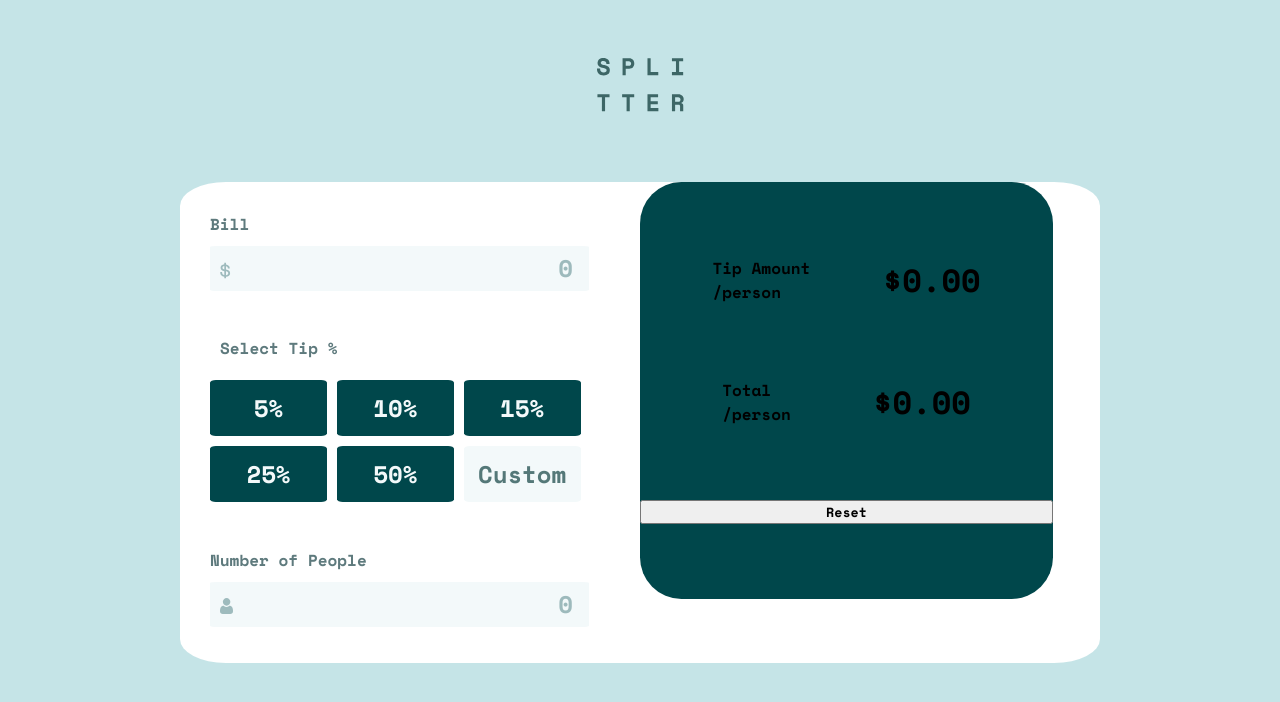
Repository: Arkitecth/tip-calculator
Page: index.html
These files come from the project's save history. The page is drawn as it stood at one moment and after the next save; the edit follows.
The browser window is 1280 px wide. The pictures show the whole page.

Above is the page before, as saved 2023-06-09 19:02:52.

### index.html
<!DOCTYPE html>
<html lang="en">
<head>
  <meta charset="UTF-8">
  <meta name="viewport" content="width=device-width, initial-scale=1.0"> <!-- displays site properly based on user's device -->

  <link rel="icon" type="image/png" sizes="32x32" href="./images/favicon-32x32.png">
  <link rel="stylesheet" href="styles.css">
  <title>Tip calculator app</title>

</head>
<body>

  <main>
    <img src="images/logo.svg" alt="logo">
      <div class="app">
        <div class="entry">
          <div class="bill-entry">
            <p>Bill</p>
            <img src="images/icon-dollar.svg" alt="dollar sign"><input class="entry-input" type="text" name="Bill" id="Bill" placeholder="0">
          </div>

          <div class="tip-entry">
            <p>Select Tip %</p>
            <input type="button" value="5%">
            <input type="button" value="10%">
            <input type="button" value="15%">
            <input type="button" value="25%">
            <input type="button" value="50%">
            <input class="custom" type="button" value="Custom">
          </div>

          <div class="people-entry">
            <p>Number of People</p>
            <img src="images/icon-person.svg" alt="person sign"><input class="entry-input" type="text" name="people-entry" id="people-entry" placeholder="0">
          </div>

        </div>

        <div class="result">
          <div class="tip">
            <p>Tip Amount
              <br>
              /person
            </p>
            <h1>$0.00</h1>

          </div>

          <div class="total">
            <p>Total
              <br>
              /person
            </p>
            <h1>$0.00</h1>
          </div>
          <button class="reset-button">Reset</button>
        </div>


  </div>
  </main>





</body>
</html>

### styles.css
@import url('https://fonts.googleapis.com/css2?family=Space+Mono:wght@700&display=swap');
* {
    margin: 0;
    padding: 0;
    font-family: 'Space Mono', monospace;
}

/* Main Styling */
body {
    background-color: #C5E4E7;

}

main {
    display: flex;
    flex-direction: column;
    justify-content: center;
    align-items: center;
    align-content: center;
    height: 100vh;
    gap: 70px;
}

/* App Styling */

.app {
    width: 920px;
    height: 481px;
    background-color: white;
    border-radius: 5%;
    display: grid;
    grid-template-columns: 1fr 1fr;
    ga: 20px;
}

/* Entry Styling */

.entry {
    display: grid;
    padding-top: 30px;
    grid-template-rows: auto auto auto;
    padding-left: 30px;
    justify-content: center;
    color: #5E7A7D;
}

.entry p {
    margin-bottom: 10px;
}

.entry-input {
    background-color:#f3F9FA;
    width: 379px;
    height: 45px;
    border: none;
    border-radius: 2%;
    text-align: right;
    font-size: 1.5rem;
    color: #00474B;

}

.entry-input:focus {
    outline: none;
    border: 1px solid #26C2AE;

}

.entry-input::placeholder {
    text-align: right;
    font-size: 1.5rem;
    color:#00474B;
    opacity: 0.35;
    padding: 1rem;

}

/* Bill Styling */

.bill-entry {
    position: relative;
}

.bill-entry img {
    position: absolute;
    top: 50px;
    left: 10px;
}

/* Tip Entry */
.tip-entry p {
    padding: 10px;
}
.tip-entry input[type="button"] {
    width: 117px;
    padding: 10px;
    margin-bottom: 10px;
    background-color:#00474B;
    color: #f3F9FA;
    font-size: 1.5rem;
    border: none;
    border-radius: 5%;
    font-weight: 700;
}

.tip-entry input[type="button"]:active,.tip-entry input[type="button"]:hover {
    background-color: #26C2AE;
}
.tip-entry input[type="button"]:active {
    transform: translateY(4px);
}

.tip-entry input.custom {
    background-color: #F3F9FA;
    color:#547878;
}

/* People Entry Styling */
.people-entry {
    position: relative;
}
.people-entry img {
    position: absolute;
    top: 50px;
    left: 10px;
}

/* Result Styling */

.result {
    display: flex;
    flex-direction: column;
    background-color: #00474B;
    align-content: center;
    justify-content: space-evenly;
    border-radius: 10%;
    width: 413px;
    height: 417px;
}

.tip {
    display: flex;
    flex-direction: row;
    justify-content: space-evenly;
    align-content: center;
}

.total {
    display: flex;
    justify-content: space-evenly;
}

After the next save:
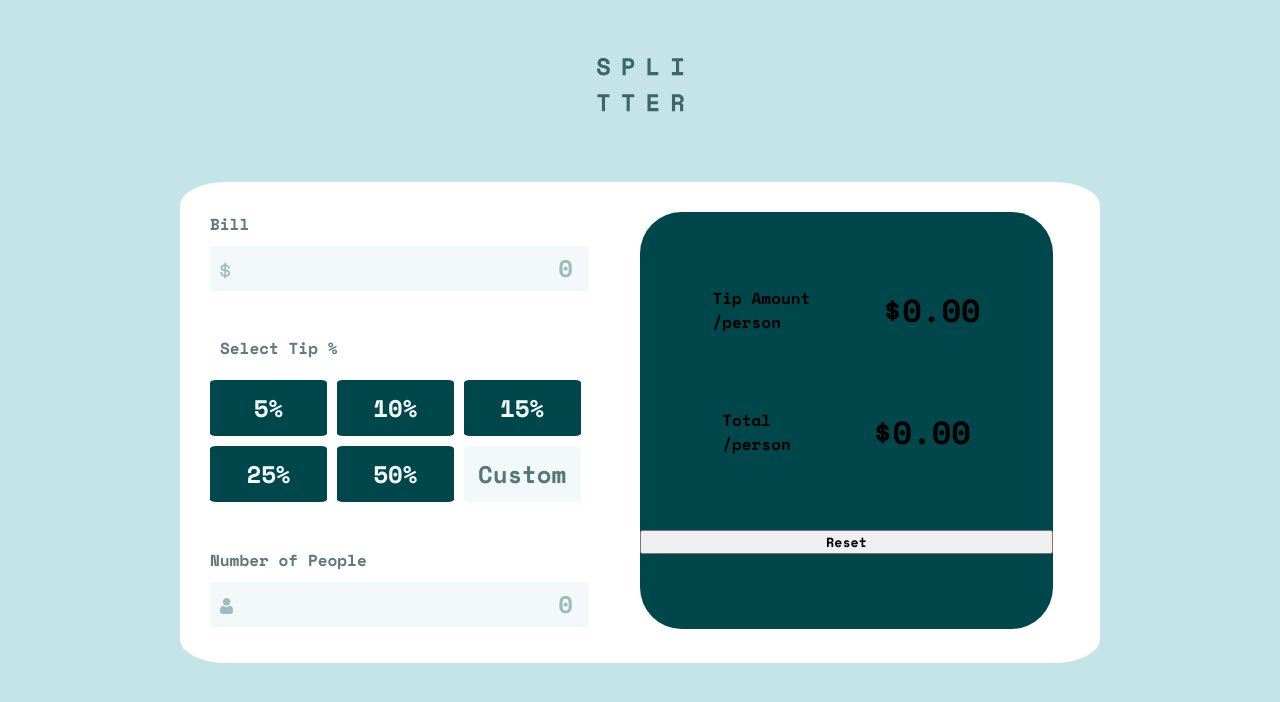
Saved 9 s later.
--- a/styles.css
+++ b/styles.css
@@ -30,7 +30,6 @@
     border-radius: 5%;
     display: grid;
     grid-template-columns: 1fr 1fr;
-    ga: 20px;
 }
 
 /* Entry Styling */
@@ -134,6 +133,7 @@
     align-content: center;
     justify-content: space-evenly;
     border-radius: 10%;
+    margin-top: 30px;
     width: 413px;
     height: 417px;
 }
